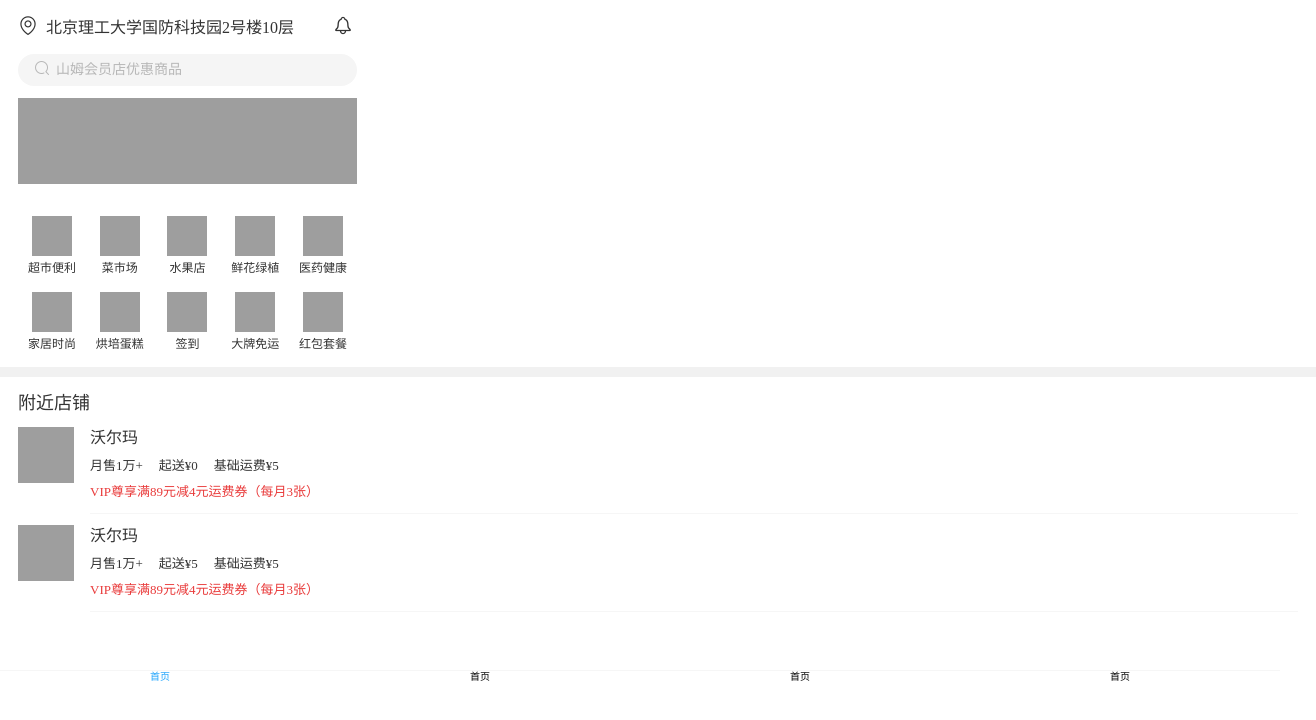
Repository: nestzero/mallapp
Page: /
The author's editor kept a copy of each file at every save. The page is drawn from the files as they stood at one save, then again after the next save.
The browser window is 1280 px wide. The page is 1316 px wide, so the pictures cover 1316 px, including what lies to the right of the window. The pictures show the whole page.
Pictures or frames that could not be fetched are drawn as grey boxes. The project was rebuilt for these pictures with package versions that can differ from the ones it lists, and the page was loaded fresh each time. Also part of the build but not shown: vue.config.js.

Above is the page before, as saved 2022-03-07 22:32:53.

After the next save:
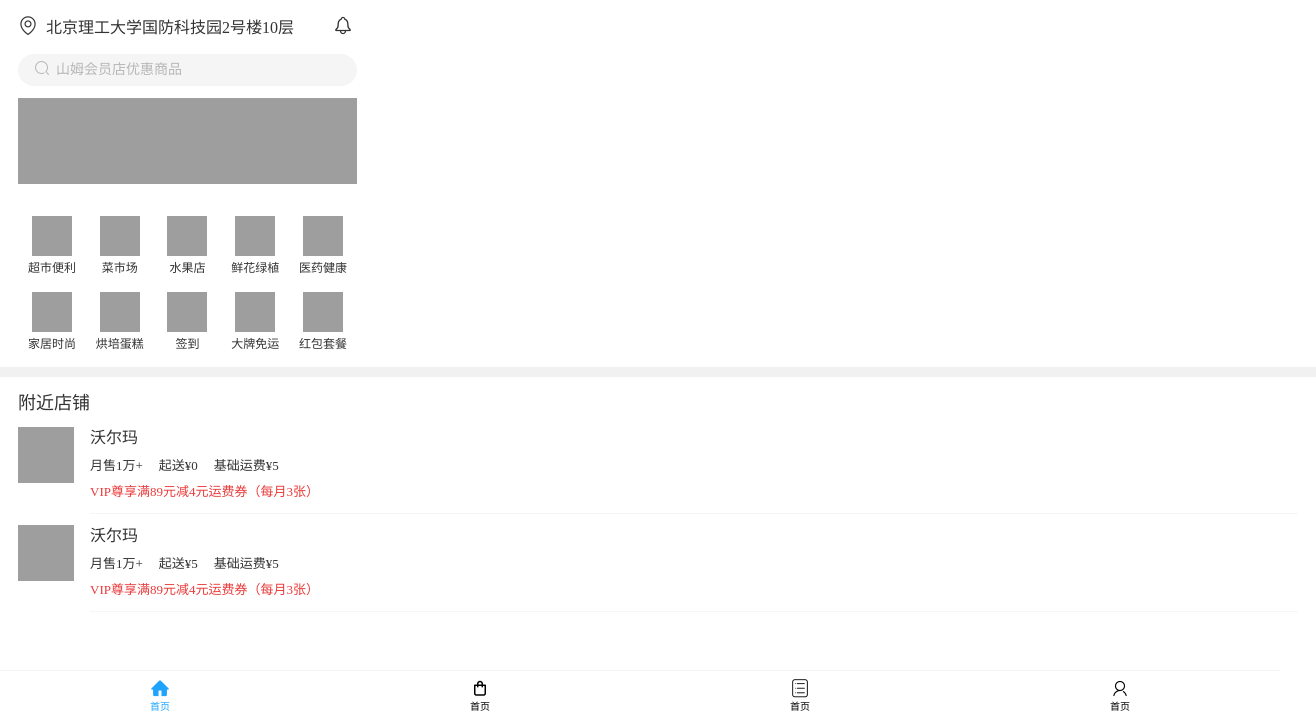
Saved 5 s later.
--- a/src/components/common/MainBar/MainBar.vue
+++ b/src/components/common/MainBar/MainBar.vue
@@ -7,7 +7,7 @@
       :class="{ actived: index == navIndex }"
       @click="toNewPath(item.path, index)"
     >
-      <div :class="'iconfont' +item.iconfont"></div>
+      <div :class="'iconfont '+item.iconfont"></div>
       <div class="mainBar_item_title">首页</div>
     </div>
   </div>
